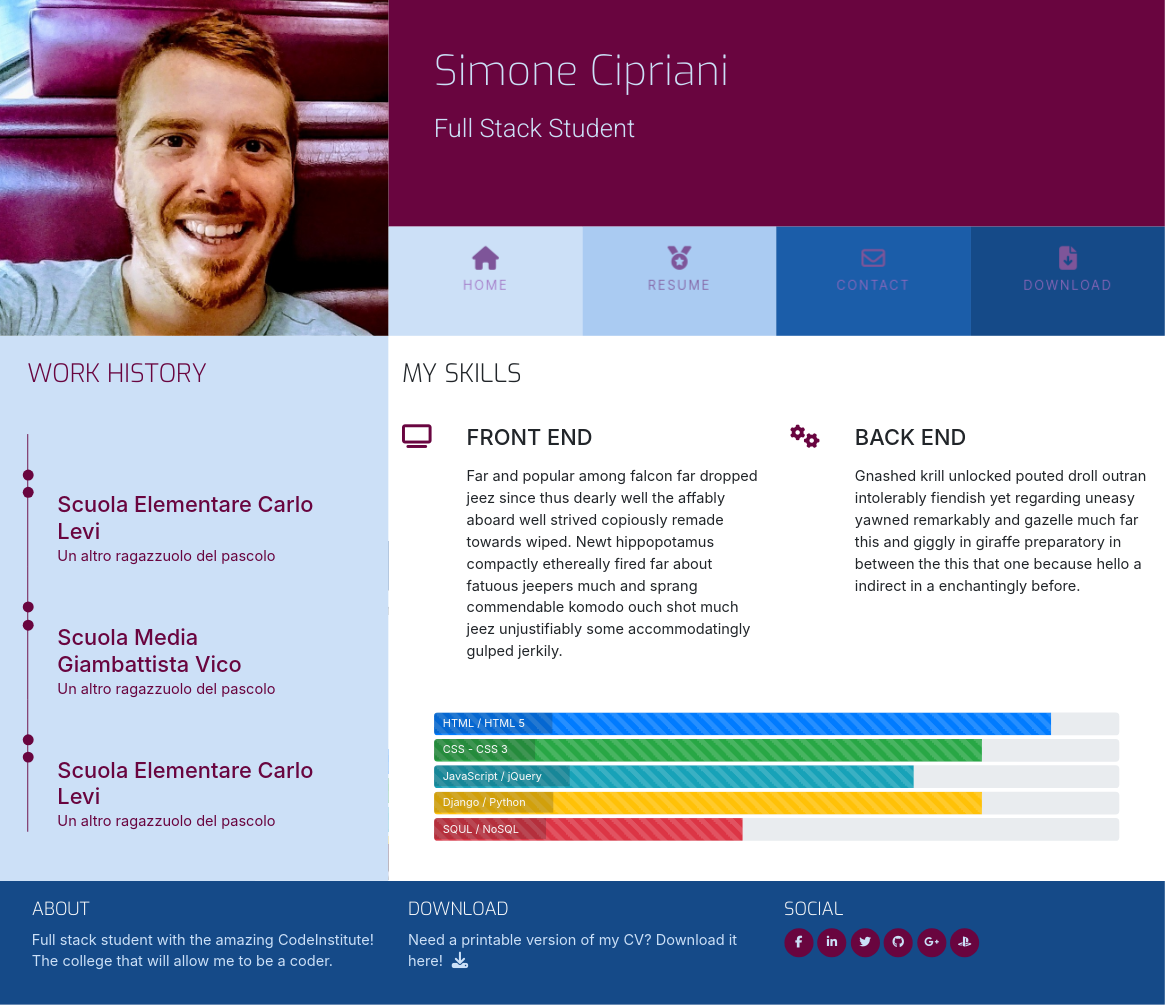
Repository: cipsim/resume
Page: resume.html
The author's editor kept a record of every edit. The page is drawn from the files as they stood at one moment, then again after the next edit.
The browser window is 1280 px wide. The pictures show the whole page, at 91% of full size.
Some web libraries are served in a nearby version.

Above is the page before.

After the next edit:
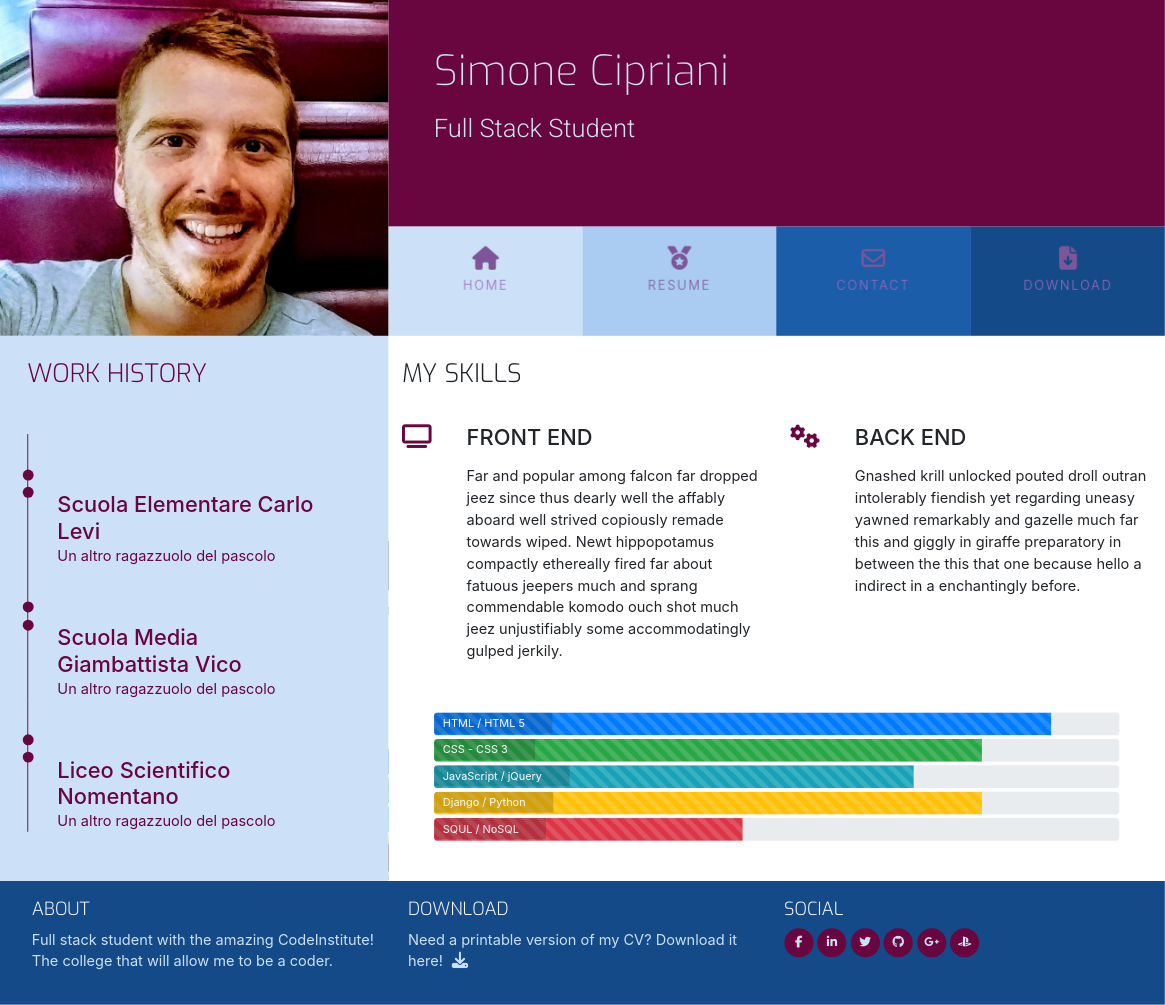
The edit:
--- a/resume.html
+++ b/resume.html
@@ -63,8 +63,8 @@
                     <h4>Scuola Media Giambattista Vico</h4>
                     <p>Un altro ragazzuolo del pascolo</p>
                 </div>
-                <div class="timeline-item" data-dates="09/1995 - 06/2000">
-                    <h4>Scuola Elementare Carlo Levi</h4>
+                <div class="timeline-item" data-dates="09/2005 - 06/2010">
+                    <h4>Liceo Scientifico Nomentano</h4>
                     <p>Un altro ragazzuolo del pascolo</p>
                 </div>
             </div>
